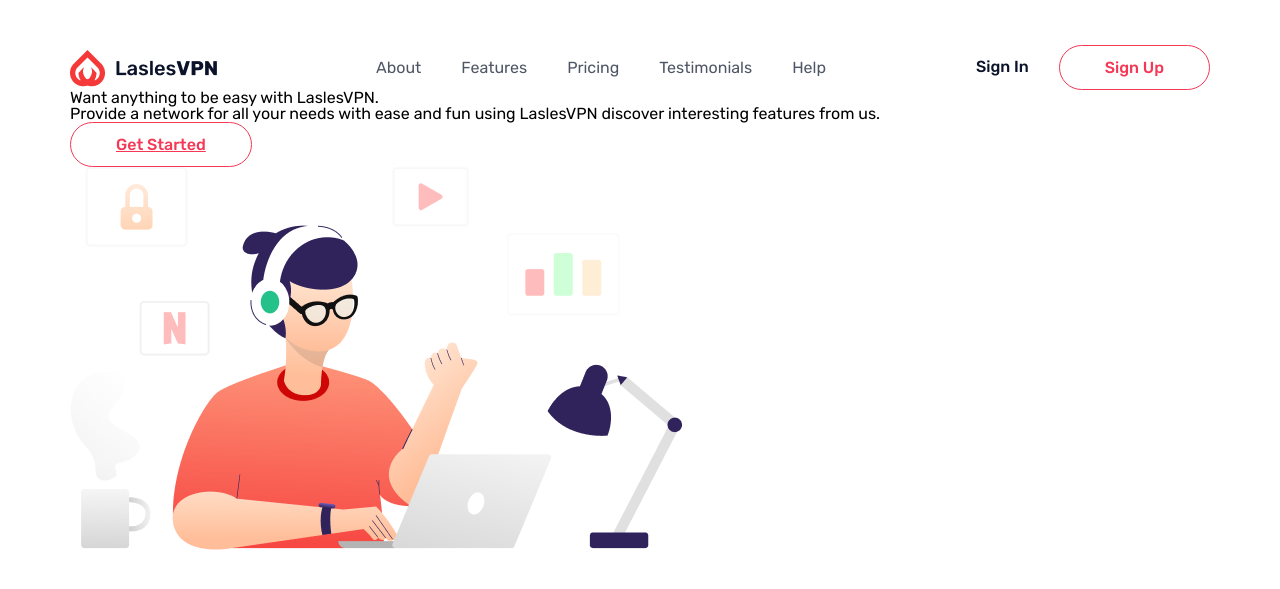
Repository: nafiesallahu/beetroot-fe-g1
Page: Homework10/index.html
The author's editor kept a copy of each file at every save. The page is drawn from the files as they stood at one save, then again after the next save.
The browser window is 1280 px wide. The pictures show the whole page.

Above is the page before, as saved 2021-01-27 19:18:56.

### Homework10/index.html
<!DOCTYPE html>
<html lang="en">

<head>
  <meta charset="UTF-8">
  <meta name="viewport" content="width=device-width, initial-scale=1.0">
  <title>Lasless VPN</title>
  <link rel="preconnect" href="https://fonts.gstatic.com">
  <link href="https://fonts.googleapis.com/css2?family=Rubik:ital,wght@0,400;0,500;0,700;1,400;1,500;1,700&display=swap" rel="stylesheet">
  <link rel="stylesheet" href="./styles/style.css">
</head>

<body>
  <header class="main-header">
    <div class="container">
      <a href="index.html" class="logo">
        <img src="images/Logo.png" alt="LaslesVPN">
      </a>
      <nav class="main-nav">
        <ul>
          <li><a href="#">About</a></li>
          <li><a href="#">Features</a></li>
          <li><a href="#">Pricing</a></li>
          <li><a href="#">Testimonials</a></li>
          <li><a href="#">Help</a></li>
        </ul>
        <div class="nav-buttons">
          <a href="#" class="btn btn--link">Sign In</a>
          <a href="#" class="btn">Sign Up</a>
        </div>
      </nav>
    </div>
  </header>
  <main class="main-content">
    <section class="hero">
      <div class="container">
        <div class="hero__text">
          <h1>Want anything to be easy with LaslesVPN.</h1>
          <p>Provide a network for all your needs with ease and fun using LaslesVPN discover interesting features from us.</p>
          <a href="#" class="btn">Get Started</a>
        </div>
        <div class="hero__image">
          <img src="images/illustration_1.png" alt="illustration_1.png">
        </div>
      </div>
    </section>
  </main>
</body>

</html>

### Homework10/styles/style.css
/* http://meyerweb.com/eric/tools/css/reset/
   v2.0 | 20110126
   License: none (public domain)
*/

html, body, div, span, applet, object, iframe,
h1, h2, h3, h4, h5, h6, p, blockquote, pre,
a, abbr, acronym, address, big, cite, code,
del, dfn, em, img, ins, kbd, q, s, samp,
small, strike, strong, sub, sup, tt, var,
b, u, i, center,
dl, dt, dd, ol, ul, li,
fieldset, form, label, legend,
table, caption, tbody, tfoot, thead, tr, th, td,
article, aside, canvas, details, embed,
figure, figcaption, footer, header, hgroup,
menu, nav, output, ruby, section, summary,
time, mark, audio, video {
	margin: 0;
	padding: 0;
	border: 0;
	font-size: 100%;
	font: inherit;
	vertical-align: baseline;
}
/* HTML5 display-role reset for older browsers */
article, aside, details, figcaption, figure,
footer, header, hgroup, menu, nav, section {
	display: block;
}
body {
	line-height: 1;
}
ol, ul {
	list-style: none;
}
blockquote, q {
	quotes: none;
}
blockquote:before, blockquote:after,
q:before, q:after {
	content: '';
	content: none;
}
table {
	border-collapse: collapse;
	border-spacing: 0;
}

/* ========================================================== */

* {
  box-sizing: border-box;
}

body {
  font-family: 'Rubik', sans-serif;
}
.main-header {
  padding-top: 45px;
  padding-bottom: 45px;
}
.container {
  width: 100%;
  max-width: 1140px;
  margin:0 auto;
}
.main-nav a {
  text-decoration: none;
}
.main-nav ul {
  float: left;
  margin-left: 157px;
  padding-top: 13px;
}
.main-nav ul li {
  margin-right: 40px;
  float: left;
}
.main-nav ul li a{
  font-size: 16px;
  line-height: 19px;
  color: #4F5665;
}
.logo {
  float: left;
  margin-top:5px;
}
.nav-buttons {
  float: right;
}
.btn {
  color: #F53855;
  font-size: 16px;
  padding-left: 45px;
  padding-right: 45px;
  height: 45px;
  line-height: 43px;
  border: 1px solid #F53855;
  float: left;
  border-radius: 50px;
  font-weight: 500;
}
.btn--link {
  padding-left: 0;
  padding-right: 0;
  border:0;
  margin-right:30px;
  color: #0B132A;
}

/* HERO */
.hero {
  float: left;
  width: 100%;
}
.hero__text {
  float: left;

}

After the next save:
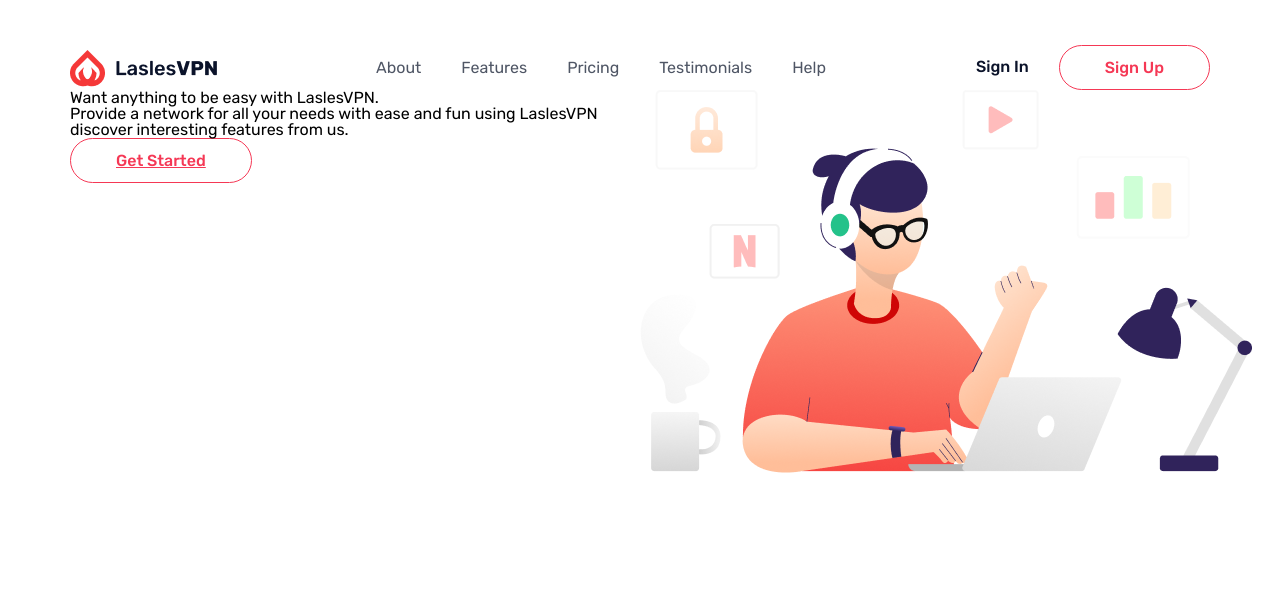
Saved 15 s later.
--- a/Homework10/styles/style.css
+++ b/Homework10/styles/style.css
@@ -116,5 +116,9 @@
 }
 .hero__text {
   float: left;
-
+  width:50%;
 }
+.hero__image {
+  float: left;
+  width:50%;
+}
